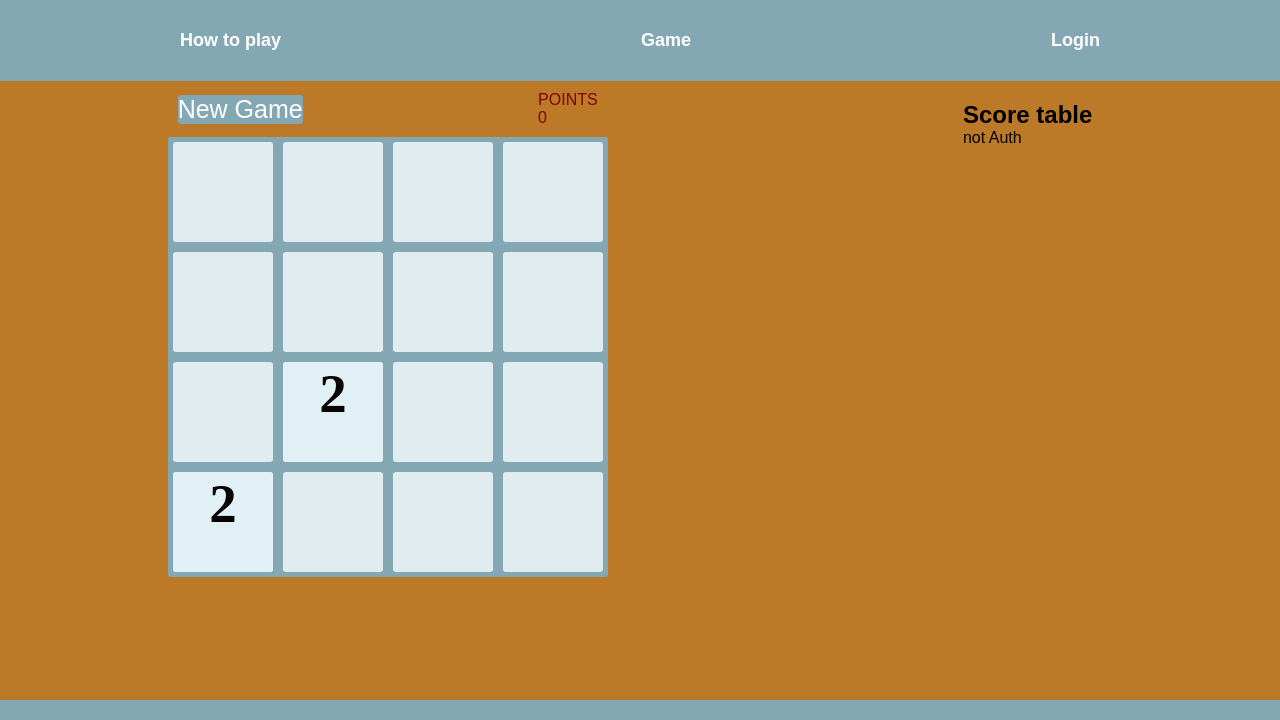
Repository: nika-otter/2048
Page: / (app in client/)
These files come from the project's save history. The page is drawn as it stood at one moment and after the next save; the edit follows.
The browser window is 1280 px wide. The pictures show the whole page.
The project was rebuilt for these pictures with package versions that can differ from the ones it lists, and the page was loaded fresh each time. Also part of the build but not shown: client/src/components/Login/LoginForm.js, client/src/pages/account/index.jsx, client/src/components/Game/GameOverlay.jsx, client/src/pages/Instruction/index.jsx, client/src/pages/Login/index.jsx. Imported but missing from the stored project, and not drawn on this page: client/src/components/InstructionPage/InstructionPage.

Above is the page before, as saved 2023-04-30 14:47:03.

### client/src/index.js
import React from "react";
import ReactDOM from "react-dom/client";
import "./index.css";
import App from "./App";
import { BrowserRouter } from "react-router-dom";
import Store from "./store/store";

const store = new Store();

export const Context = React.createContext({
  store,
});

const root = ReactDOM.createRoot(document.getElementById("root"));
root.render(
  <Context.Provider value={{ store }}>
    <BrowserRouter>
      <App />
    </BrowserRouter>
  </Context.Provider>
);

### client/src/index.css
* {
  box-sizing: border-box;
  margin: 0;
  padding: 0;
}
#root {
  width: 100vw;
  height: 100%;

  background-color: aquamarine;
}

body {
  /* background-color: #ffffff;
  display: flex;
  justify-content: center;
  align-items: center;*/
  /* height: 100vh; */
  height: 100%;
}
html {
  height: 100%;
}
code {
  font-family: source-code-pro, Menlo, Monaco, Consolas, "Courier New",
    monospace;
}

### client/src/App.js
import { useContext, useEffect, useState } from "react";
import "./App.css";
import LoginForm from "./components/Login/LoginForm";
import AppRouter from "./router/AppRouter";
import { Context } from "./index";
import { observer } from "mobx-react-lite";
import UserService from "./services/UserService";
function App() {
  // const { store } = useContext(Context);
  // const [users, setUsers] = useState([]);
  // useEffect(() => {
  //   if (localStorage.getItem("token")) {
  //     // console.log(localStorage.getItem("token"));
  //     store.checkAuth();
  //   }
  // }, []);

  // if (store.isLoading) {
  //   return <div>Loading...</div>;
  // }
  // async function getUsers() {
  //   try {
  //     const response = await UserService.fetchUsers();
  //     setUsers(response.data);
  //     console.log(response);
  //     setUsers(response.data);
  //   } catch {}
  // }
  return (
    <div className="App">
      <AppRouter />
      {/* <h1>{store.isAuth ? `User: ${store.user.email}` : "Not Auth"}</h1>
      <h1>
        {" "}
        {store.user.isActivated ? `Activated` : "Go and activate your email"}
      </h1>
      <button onClick={() => store.logout()}>Logout</button>
      <button onClick={getUsers}>Get users</button>
      {users.map((user) => (
        <div key={user.email}>{user.email}</div>
      ))}      */}
      {/* <LoginForm /> */}
    </div>
  );
}

export default observer(App);

### client/src/store/store.js
import { makeAutoObservable } from "mobx";
import AuthService from "../services/AuthService";
import axios from "axios";
import { API_URL } from "../http";
import UserService from "../services/UserService";

export default class Store {
  user = {};
  isAuth = false;
  isLoading = false;
  scores = {};
  constructor() {
    makeAutoObservable(this);
  }
  setAuth(bool) {
    this.isAuth = bool;
  }
  setUser(user) {
    this.user = user;
  }

  setLoading(bool) {
    this.isLoading = bool;
  }

  setScores(scores) {
    this.scores = scores;
  }

  async login(email, password) {
    console.log("login");
    try {
      const response = await AuthService.login(email, password);
      console.log(response);
      localStorage.setItem("token", response.data.accessToken);
      this.setAuth(true);
      this.setUser(response.data.user);
      console.log(response.data.user);
    } catch (e) {
      console.log(e.response?.data?.message);
    }
  }

  async registration(email, password) {
    try {
      const response = await AuthService.registration(email, password);
      console.log(response);
      localStorage.setItem("token", response.data.accessToken);
      this.setAuth(true);
      this.setUser(response.data.user);
    } catch (e) {
      console.log(e.response?.data?.message);
    }
  }

  async logout() {
    try {
      const response = await AuthService.logout();
      console.log(response);
      localStorage.removeItem("token", response.data.accessToken);
      this.setAuth(false);
      this.setUser({});
    } catch (e) {
      console.log(e.response?.data?.message);
    }
  }

  async checkAuth() {
    console.log("checkAuth");
    this.setLoading(true);
    try {
      const response = await axios.get(`${API_URL}/refresh`, {
        withCredentials: true,
      });
      console.log(response, "response checkAuth");
      console.log(
        response.data.accessToken,
        "response.data.accessToken checkAuth"
      );
      localStorage.setItem("token", response.data.accessToken);

      this.setAuth(true);
      this.setUser(response.data.user);
    } catch (e) {
      console.log(e.response?.data?.message);
    } finally {
      this.setLoading(false);
    }
  }

  async saveScore(email, score) {
    try {
      const response = await UserService.updateScore(email, score);
      //   this.scores = response.data.user.scores;
      console.log(response.data.user.scores);
    } catch (e) {
      console.log(e.response?.data?.message);
    }
  }
  async getScores(email) {
    this.setLoading(true);
    try {
      const response = await UserService.getScores(email);
      console.log(response, "response getScores store");
      this.setScores(response.data.user.scores);
      //   console.log(response.data.user.scores);
    } catch (e) {
      console.log(e.response?.data?.message);
    } finally {
      // this.setLoading(false);
    }
  }
}

### client/src/App.css
.App {
  /* position: relative; */
  display: flex;
  flex-direction: column;
  height: 100%;
  background-color: rgb(188, 121, 39);
}
/* main {
  flex: 1 0 auto;
} */

### client/src/router/AppRouter.jsx
import { Routes, Route } from "react-router-dom";
import Account from "../pages/Account";
import Game from "../pages/Game";
import Instruction from "../pages/Instruction";
import Login from "../pages/Login";

const AppRouter = () => {
  return (
    <Routes>
      {/* <Route path="/game" element={<Game />} /> */}
      {/* <Route path="/account" element={<Account />} /> */}
      <Route path="/how-to-play" element={<Instruction />} />
      <Route path="/" element={<Game />} />
      <Route path="/login" element={<Login />} />
    </Routes>
  );
};

export default AppRouter;

### client/src/services/UserService.js
import $api from "../http";
export default class UserService {
  static fetchUsers() {
    return $api.get("/users");
  }

  static updateScore(email, score) {
    return $api.post(`/score`, { email, score });
  }

  static async getScores(email) {
    return $api.post(`/scores`, { email });
  }
}

### client/src/services/AuthService.js
import $api from "../http";
export default class AuthService {
  static async login(email, password) {
    return $api.post("/login", { email, password });
  }
  static async registration(email, password) {
    return $api.post("/registration", { email, password });
  }
  static async logout() {
    return $api.post("/logout");
  }
}

### client/src/http/index.js
import axios from "axios";

export const API_URL = "http://localhost:5000/api";

const $api = axios.create({
  withCredentials: true,
  baseURL: API_URL,
});

$api.interceptors.request.use((config) => {
  config.headers.Authorization = `Bearer ${localStorage.getItem("token")}`;
  return config;
});

$api.interceptors.response.use(
  (config) => {
    return config;
  },
  async (error) => {
    const originalRequest = error.config;
    if (
      error.response.status === 401 &&
      error.config &&
      !error.config._isRetry
    ) {
      originalRequest._isRetry = true;
      try {
        const response = await axios.get(`${API_URL}/refresh`, {
          withCredentials: true,
        });
        console.log(response, "response http");
        localStorage.setItem("token", response.data.accessToken);
        return $api.request(originalRequest);
      } catch (e) {
        console.log(e);
        console.log("НЕ АВТОРИЗОВАН");
      }
    }
    throw error;
  }
);
export default $api;

### client/src/pages/Game/index.jsx
import Header from "../../components/Header/Header";
import Footer from "../../components/Footer/Footer";
import GamePage from "../../components/GamePage/GamePage";

function Game() {
  return (
    <>
      <Header />
      <GamePage />
      <Footer />
    </>
  );
}

export default Game;

### client/src/components/Footer/Footer.jsx
import classes from "./Footer.module.scss";

function Footer() {
  return <footer className={classes.footer}></footer>;
}

export default Footer;

### client/src/components/Header/Header.jsx
import { Link } from "react-router-dom";
import classes from "./Header.module.scss";

function Header() {
  return (
    <header className={classes.header}>
      <Link className={classes.link} to="/how-to-play">
        How to play
      </Link>
      <Link className={classes.link} to="/">
        Game
      </Link>
      <Link className={classes.link} to="/login">
        Login
      </Link>
    </header>
  );
}

export default Header;

### client/src/components/GamePage/GamePage.jsx
import { Link } from "react-router-dom";
import classes from "./GamePage.module.scss";
import ScoreTable from "../ScoreTable/ScoreTable";
import BoardView from "../Game/Board";

function GamePage() {
  return (
    <main className={classes.main}>
      <div className={classes.gamepage}>
        <BoardView />
        <ScoreTable />
      </div>
    </main>
  );
}

export default GamePage;

### client/src/components/Footer/Footer.module.scss
.footer {
  flex: 0 0 auto;
  height: 20px;
  background-color: rgb(131, 168, 180);
  width: 100%;
}

### client/src/components/Header/Header.module.scss
.header {
  display: flex;
  justify-content: space-around;
  background-color: #83a8b4;
  width: 100%;
}
.link {
  color: white;
  text-decoration: none;
  font-size: large;
  margin-top: 20px;
  margin-bottom: 20px;
  padding: 10px;
  font-weight: bold;
  border-radius: 5px;
  &:hover {
    color: rgb(106, 134, 144);
    background-color: rgb(255, 255, 255);
  }
}

### client/src/components/GamePage/GamePage.module.scss
.gamepage {
  display: flex;
  justify-content: space-around;
  //   background-color: aquamarine;
}
.main {
  flex: 1 0 auto;
}

### client/src/components/ScoreTable/ScoreTable.jsx
import { useContext, useEffect, useState } from "react";
import classes from "./ScoreTable.module.scss";
import { Context } from "../..";
import UserService from "../../services/UserService";
import { observer } from "mobx-react-lite";

function ScoreTable() {
  // const { store } = useContext(Context);
  // const [scores, setScores] = useState([]);

  // useEffect(() => {
  //   if (localStorage.getItem("token")) {
  //     console.log(localStorage.getItem("token"), "token from login index.jsx");
  //     store.checkAuth();
  //     getScores(store.user.email);
  //   }
  //   console.log(store.user.email, "store.user.email in ScoreTable.jsx");
  // }, []);

  // const getScores = async (email) => {
  //   console.log(email, "email in ScoreTable.jsx");
  //   try {
  //     const response = await UserService.getScores(email);
  //     setScores(response.data.scores, "response from getScores ScoreTable.jsx");
  //     console.log(response);
  //   } catch {
  //     console.log("Error");
  //   }
  // };
  // console.log(scores, "store.user in ScoreTable.jsx");

  const { store } = useContext(Context);
  // const [scores, setScores] = useState([]);
  // console.log(store.user.scores, "store.user from login index.jsx");
  useEffect(() => {
    const checkAuth = async () => {
      if (localStorage.getItem("token")) {
        console.log(
          localStorage.getItem("token"),
          "token from login index.jsx"
        );
        await store.checkAuth();
      }
    };
    checkAuth();
    console.log(store.user.email, "store.user.email in ScoreTable.jsx");
    // getScores(store.user.email);
  }, []);

  // async function getScores(email) {
  //   console.log(email, "email from getScores");
  //   try {
  //     const response = await UserService.getScores(email);
  //     // setUsers(response.data);
  //     console.log(response, "response from getScores");
  //     // console.log(response.data.data.user.scores, "response.data.user.scores");
  //     // setScores(response.data.scores);
  //   } catch (e) {
  //     console.log(e, "Error");
  //   }
  // }
  if (store.isLoading) {
    console.log(store.isLoading, "store.isLoading");
    return <div>Loading...</div>;
  }
  return (
    <div className={classes.scoretable}>
      <h2>Score table</h2>
      {/* <button onClick={() => getScores(store.user.email)}>Get scores</button> */}
      {/* {store.isAuth ? (
        scores.map((score) => <div key={score}>{score}</div>)
      ) : (
        <div>loading</div>
      )} */}
      <ul>
        {store.isAuth ? (
          store.user.scores
            .map((score) => ({
              score,
              id: Math.random(),
            }))
            .sort((a, b) => b.score - a.score)
            .map((item) => <li key={item.id}>{item.score}</li>)
        ) : (
          <div>not Auth</div>
        )}
      </ul>

      {/* <button onClick={getScores}>dddmdmd</button> */}

      {/* {scores.map((score) => (
        <div>{score}</div>
      ))} */}
    </div>
  );
}

export default observer(ScoreTable);

### client/src/components/Game/Board.jsx
import React, { useContext, useState } from "react";
import Tile from "./Tile";
import Cell from "./Cell";
import { Board } from "../../helper";
import useEvent from "../../hooks/useEvent";
import GameOverlay from "./GameOverlay";
import "./Board.scss";
import { Context } from "../..";
import UserService from "../../services/UserService";
const BoardView = () => {
  const { store } = useContext(Context);
  const [board, setBoard] = useState(new Board());

  const handleKeyDown = (event) => {
    if (board.hasWon()) {
      return;
    } //потім вернути треба

    if (event.keyCode >= 37 && event.keyCode <= 40) {
      let direction = event.keyCode - 37;
      let boardClone = Object.assign(Object.create(board), board);
      // let boardClone = Object.assign(
      //   Object.create(Object.getPrototypeOf(board)),
      //   board
      // ); // теж саме що і вище
      let newBoard = boardClone.move(direction);
      setBoard(newBoard);
    }
  };

  useEvent("keydown", handleKeyDown);

  const cells = board.cells.map((row, rowIndex) => {
    return (
      <div key={rowIndex}>
        {row.map((col, colIndex) => {
          return <Cell key={rowIndex * board.size + colIndex} />;
        })}
      </div>
    );
  }); //робить клітинки нічого серйозного

  const tiles = board.tiles
    .filter((tile) => tile.value !== 0)
    .map((tile, index) => {
      return <Tile tile={tile} key={index} />;
    });

  const saveScore = async (email, score) => {
    try {
      const response = await UserService.updateScore(email, score);
      console.log(response, "response from saveScore ");
    } catch {
      console.log("Error");
    }
  };
  const resetGame = () => {
    console.log(
      store.user.email,
      board.score,
      "store.user.email board.score from BoardView.jsx"
    );
    saveScore(store.user.email, board.score);
    setBoard(new Board());
  };

  return (
    <div>
      <div className="details-box">
        <div className="resetButton" onClick={resetGame}>
          New Game
        </div>
        <div className="score-box">
          <div className="score-header">POINTS</div>
          <div>{board.score}</div>
        </div>
      </div>
      <div className="board">
        {cells}
        {tiles}
        <GameOverlay onRestart={resetGame} board={board} />
      </div>
    </div>
  );
};

export default BoardView;

### client/src/components/ScoreTable/ScoreTable.module.scss
.scoretable {
  margin: 20px;
}

### client/src/components/Game/Tile.jsx
import React from "react";
// import classes from "./Board.scss";
import "./Board.scss";
// import "./styles.scss";

const Tile = ({ tile, id }) => {
  console.log("tile");
  let classArray = ["tile"];
  classArray.push("tile" + tile.value);
  if (!tile.mergedInto) {
    classArray.push(`position_${tile.row}_${tile.column}`);
  }
  if (tile.mergedInto) {
    classArray.push("merged");
  }
  if (tile.isNew()) {
    classArray.push("new");
  }

  if (tile.hasMoved()) {
    classArray.push(`row_from_${tile.fromRow()}_to_${tile.toRow()}`);
    classArray.push(`column_from_${tile.fromColumn()}_to_${tile.toColumn()}`);
    classArray.push("isMoving");
  }
  //   if (tile.isRandom()) {
  //     classArray.push("random");
  //   }

  let styles = classArray.join(" ");
  return <span className={styles}>{tile.value}</span>;
};

export default Tile;

### client/src/components/Game/Cell.jsx
import React from "react";

const Cell = ({ id }) => {
  return <span className="cell"></span>;
};

export default Cell;

### client/src/hooks/useEvent.jsx
import { useEffect } from "react";

export default function useEvent(event, handler, passive = false) {
  useEffect(() => {
    window.addEventListener(event, handler, passive);

    return function cleanUp() {
      window.removeEventListener(event, handler, passive);
    };
  });
}

### client/src/components/Game/Board.scss
// @font-face {
//   font-family: "Clear Sans";
//   src: url("../src/clear-sans.ttf") format("truetype");
// }

body {
  display: flex;
  //   background: rgb(2,0,36);
  // background: linear-gradient(90deg, rgba(2,0,36,1) 0%, rgba(87,64,124,1) 47%, rgba(0,212,255,1) 100%);
  //   color: white;
  // flex-direction: column;
  // justify-content: center;
  // align-content: center;
  // align-items: center;
  font-family: "Clear Sans", sans-serif;
  // font-size: 21px;
}

.text {
  // order: 2;
  // padding-top: 40px;
  // width: 440px;
  // font-weight: bold;
}
// main {
//   min-height: 90vh;
// }

// .wrapper {
//   display: flex;
//   flex-direction: column;
//   height: 100%;
// }
// .content {
//   flex: 1 0 auto;
// }
// .footer {
//   flex: 0 0 auto;
// }

.board {
  // order: 1;
  // display: inline-block;

  display: block;
  // justify-content: center;
  margin-left: auto;
  margin-right: auto;
  width: 440px;
  height: 440px;
  // padding: 5px; //вернути треба
  background-color: rgb(131, 168, 180);
  border-radius: 3px;
  // outline: none;
  position: relative;
}

// .board .cell,
// .tile {
//   // user-select: none;
//   // cursor: default;
// }

.details-box {
  display: flex;
  align-items: center;
  padding: 10px;
  justify-content: space-between;
}

.resetButton {
  background-color: rgb(131, 168, 180);
  color: rgb(255, 255, 255);
  cursor: pointer;
  font-size: 25px;
  // padding: 10px 20px;
  border-radius: 3px;
  transition: color 0.3s ease, background-color 0.3s ease;
  &:hover {
    background-color: rgb(131, 168, 180);
    color: rgba(255, 255, 255, 1);
  }
}

.score-header {
  font-size: 1rem;
}

.score-box {
  background-color: rgb(131, 168, 180) 6;
  color: rgb(129, 2, 2);
  // min-width: 50px;
  // width: 70px;
  // padding: 5px 15px;
  border-radius: 3px;
}

.cell,
.tile {
  // display: inline-block;
  width: 100px;
  height: 100px;
  margin: 5px;
  // line-height: 90px;
  display: inline-block;
  font-size: 55px;
  font-weight: bold;
  text-align: center;
  vertical-align: middle;
  border-radius: 3px;
  font-family: "Clear Sans";
  color: rgb(8, 4, 4);
  background-color: rgb(224, 236, 240);
}

.tile0 {
  background-color: rgb(238, 247, 249);
}

.tile2 {
  background-color: rgb(224, 240, 245);
  // background-image: url(./assets/img/2.gif);
}

.tile4 {
  background-color: rgb(199, 221, 228);
  // background-image: url(./assets/img/4.gif);
}

.tile8 {
  background-color: rgb(187, 212, 220);
  // background-image: url(./assets/img/8.gif);
}

.tile16 {
  background-color: rgb(171, 195, 203);
  // background-image: url(./assets/img/16.gif);
}

.tile32 {
  background-color: rgb(140, 165, 174);
  // background-image: url(./assets/img/32.gif);
}

.tile64 {
  background-color: rgb(116, 144, 153);
  // background-image: url(./assets/img/64.gif);
}

.tile128 {
  background-color: rgb(98, 125, 134);
  // background-image: url(./assets/img/128.gif);
}

.tile256 {
  background-color: rgb(71, 91, 98);
  // background-image: url(./assets/img/256.gif);
  font-size: 45px;
}

.tile512 {
  background-color: rgb(45, 68, 75);
  // background-image: url(./assets/img/512.gif);
  font-size: 45px;
}

.tile1024 {
  background-color: rgb(40, 68, 78);
  // background-image: url(./assets/img/1024.gif);
  font-size: 35px;
}

.tile2048 {
  position: absolute;
  background-size: contain;
  left: 0;
  right: 0;
  top: 0;
  bottom: 0;
  padding: 0px;
  background-color: rgb(12, 42, 52);
  // background-image: url(./assets/img/2048.gif);
  font-size: 35px;
}

.try-again {
  z-index: 10;
  height: 100px;
  width: 100px;
  // background-image: url(./assets/img/try-again.gif);
}

.tile {
  position: absolute;
}

.tile.merged {
  display: none;
}

// .tile.merged.isMoving {
//   display: inline;
// }

.tile.new {
  animation-duration: 0.3s;
  animation-name: newTile;
  animation-fill-mode: forwards;
  // animation-delay: 0.15s;
  transform: scale(0);
}
// .tile.random {
//   animation-duration: 3s;
//   animation-name: newTile;
//   animation-fill-mode: forwards;
//   // animation-delay: 0.15s;
//   transform: scale(0);
// }

@keyframes newTile {
  from {
    transform: scale(0);
  }
  to {
    transform: scale(1);
  }
}

// .overlay {
//   position: absolute;
//   top: 0px;
//   bottom: 0px;
//   display: flex;
//   flex-direction: column;
//   align-items: center;
//   justify-content: center;
//   text-align: center;
//   left: 0px;
//   right: 0px;
//   font-size: 55px;
//   font-weight: bolder;
//   border-radius: 7px;
// }

// .tryAgain {
//   background-color: #876;
//   color: #fff;
//   height: 40px;
//   width: 200px;
//   font-size: 20px;
//   font-weight: bold;
//   cursor: pointer;
//   border: none;
//   border-radius: 5px;
//   border: 2px solid white;
// }

// .gameOver {
//   background-size: contain;
//   background-image: url(./assets/img/game-over.gif);
//   position: absolute;
//   top: 0;
//   right: 0;
//   bottom: 0;
//   left: 0;
//   z-index: 100;
//   text-align: center;
// }

.overlay .message {
  color: #666;
}

@for $row from 0 through 3 {
  @for $column from 0 through 3 {
    .position_#{$row}_#{$column}:not(.isMoving) {
      top: 110px * $row;
      left: 110px * $column;
    }
  }
}

@for $fromRow from 0 through 3 {
  @for $toRow from 0 through 3 {
    $name: row_from_#{$fromRow}_to_#{$toRow};

    @if $fromRow == $toRow {
      .#{$name} {
        top: 110px * $toRow;
      }
    } @else {
      .#{$name} {
        animation-duration: 0.2s;
        animation-name: $name;
        animation-fill-mode: forwards;
      }

      @keyframes #{$name} {
        from {
          top: 110px * $fromRow;
        }
        to {
          top: 110px * $toRow;
        }
      }
    }
  }
}

@for $fromColumn from 0 through 3 {
  @for $toColumn from 0 through 3 {
    $name: column_from_#{$fromColumn}_to_#{$toColumn};

    @if $fromColumn == $toColumn {
      .#{$name} {
        left: 110px * $toColumn;
      }
    } @else {
      .#{$name} {
        animation-duration: 0.2s;
        animation-name: $name;
        animation-fill-mode: forwards;
      }

      @keyframes #{$name} {
        from {
          left: 110px * $fromColumn;
        }
        to {
          left: 110px * $toColumn;
        }
      }
    }
  }
}

Loaded but not shown: client/public/index.html (common file); client/src/helper/index.js (231 lines, source omitted)

After the next save:
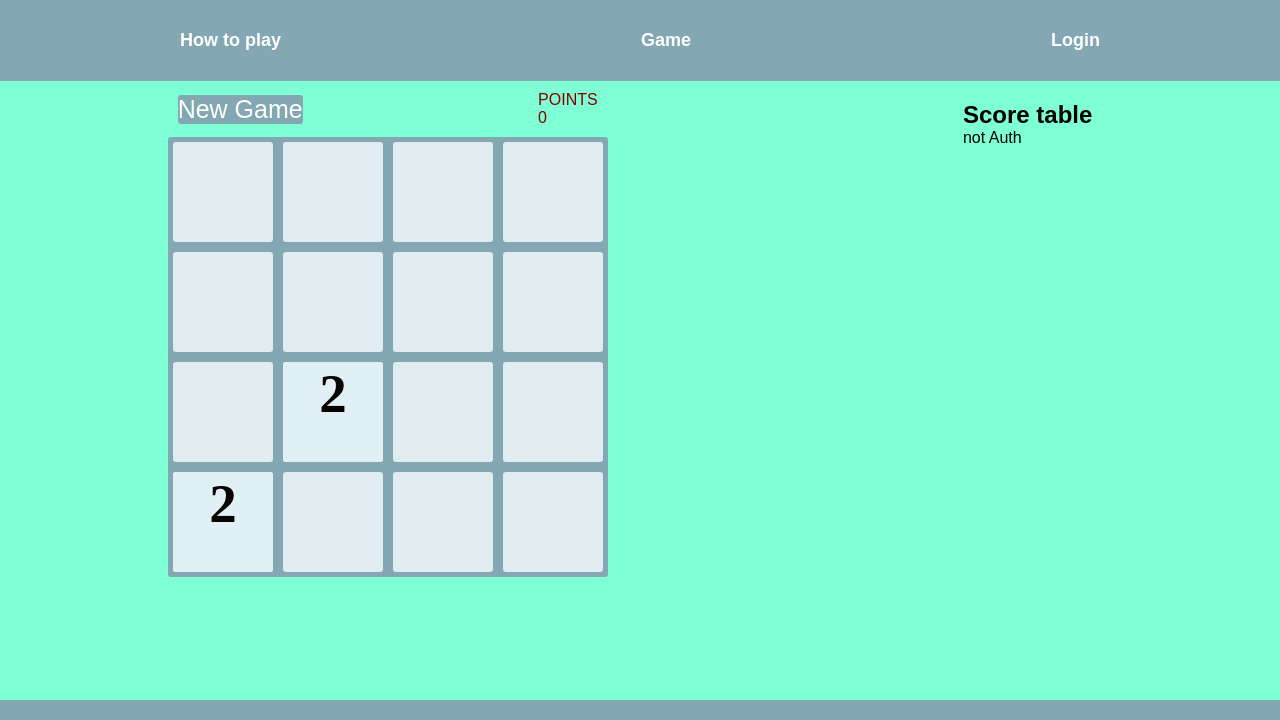
Saved 17 s later.
--- a/client/src/App.css
+++ b/client/src/App.css
@@ -3,7 +3,7 @@
   display: flex;
   flex-direction: column;
   height: 100%;
-  background-color: rgb(188, 121, 39);
+  /* background-color: rgb(188, 121, 39); */
 }
 /* main {
   flex: 1 0 auto;
